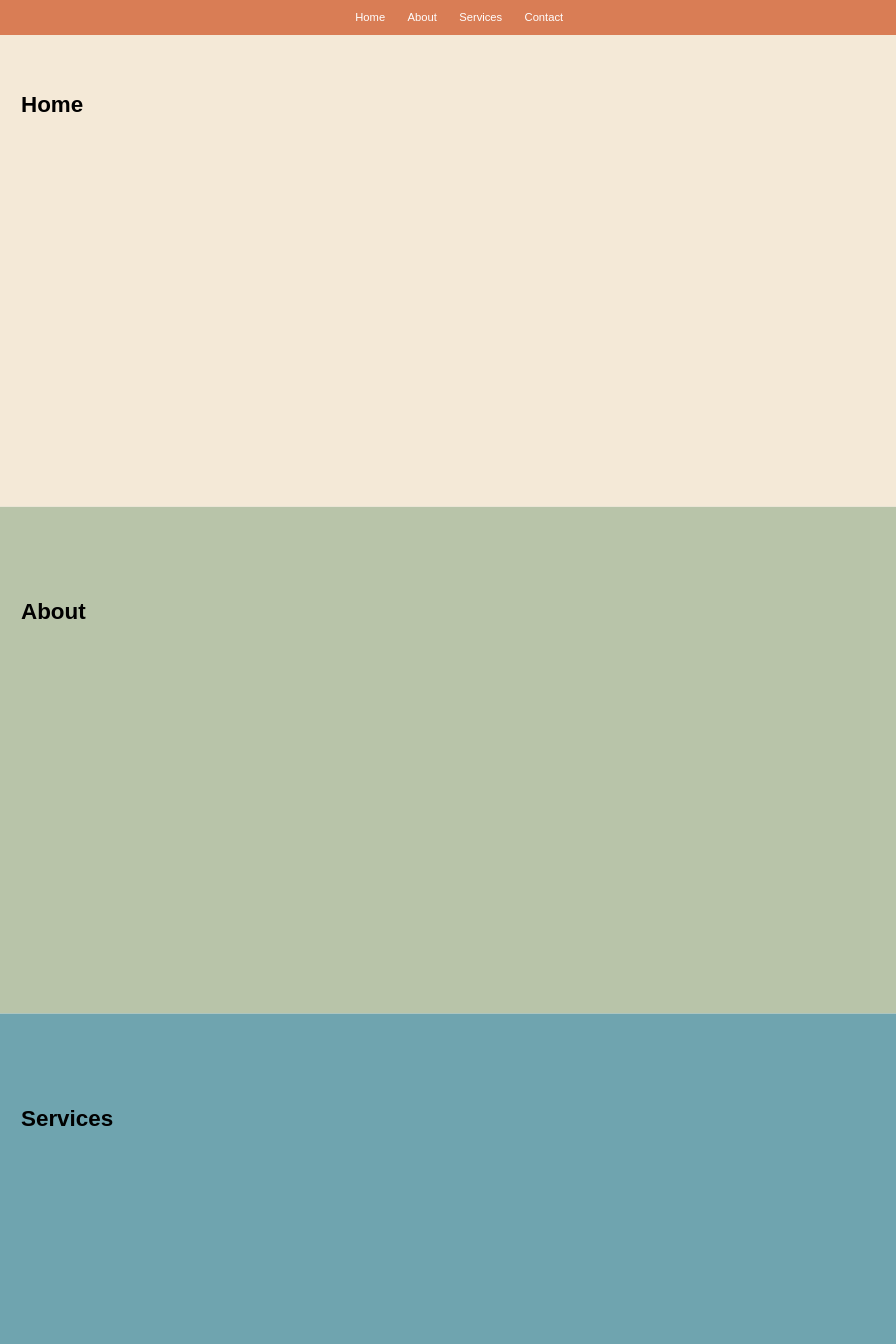
Repository: danichimescu/tema_unu_
Page: index.html
The author's editor kept a copy of each file at every save. The page is drawn from the files as they stood at one save, then again after the next save.
The browser window is 1280 px wide. The pictures show the part of the page from y = 0 to 1920 px (the page is 2896 px tall before and 2816 px after), at 70% of full size.

Above is the page before, as saved 2025-10-06 01:53:37.

After the next save:
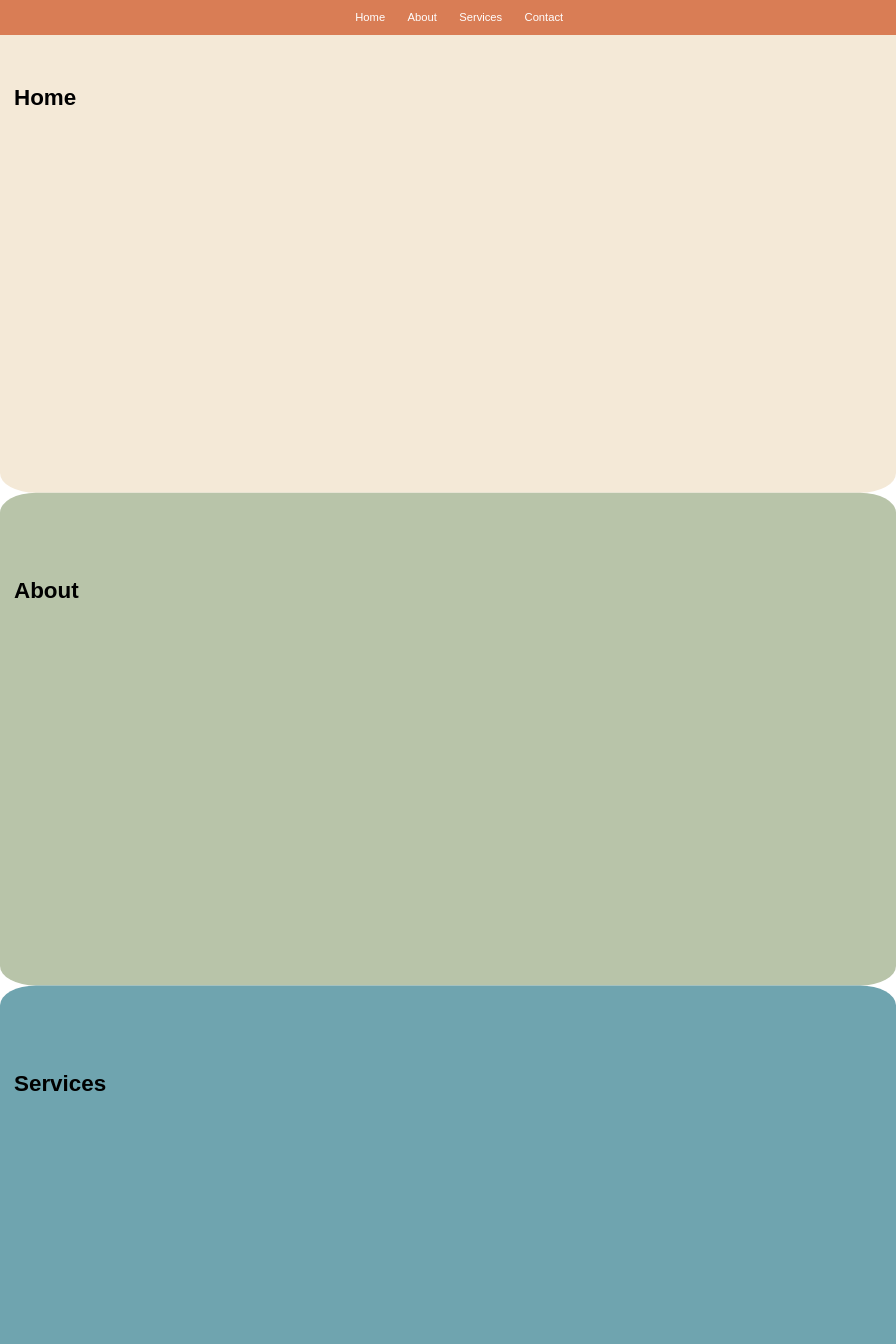
Saved 29 s later.
--- a/style.css
+++ b/style.css
@@ -30,7 +30,7 @@ nav a {
     padding: 100px 20px;
     /* margin-top: 60px; */
     height: 70vh;
-    border: 10px solid transparent;
+    border-radius: 4%;
 }
 
 #home {
